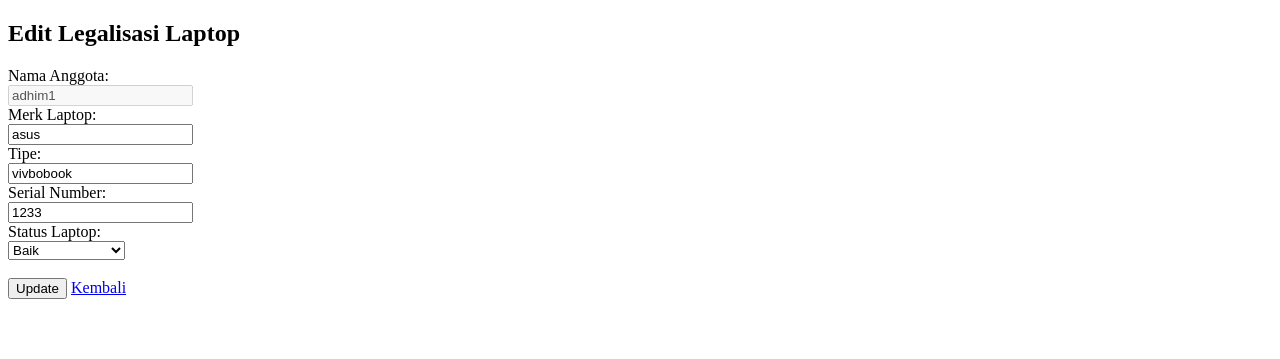
Repository: fatkquladhim/multimedia_app
Page: http://localhost/admin/legalisasi laptop/legalisasi_edit.php?id=1
These files come from the project's save history. The page is drawn as it stood at one moment and after the next save; the edit follows.
The browser window is 1280 px wide. The pictures show the whole page.
The page is run by PHP 8.4 with error messages shown; the project is at /var/www/html/. The session is filled in as if someone had signed in: {"user_id": 2, "username": "asep", "role": "admin"}. Other server files are loaded and not shown. The database holds what the project's SQL file puts in it.

Above is the page before, as saved 2025-07-14 22:03:48.

### admin/legalisasi laptop/legalisasi_edit.php
<?php
session_start();
if (!isset($_SESSION['user_id']) || $_SESSION['role'] !== 'admin') {
    header('Location: ../../auth/login.php');
    exit;
}

require_once '../../includes/db_config.php';
$conn = new mysqli(DB_HOST, DB_USER, DB_PASS, DB_NAME);

// Ambil data legalisasi yang akan diedit
if (isset($_GET['id'])) {
    $id = $_GET['id'];
    $stmt = $conn->prepare("SELECT l.*, a.nama FROM legalisasi_laptop l LEFT JOIN anggota a ON l.id_anggota = a.id WHERE l.id = ?");
    $stmt->bind_param("i", $id);
    $stmt->execute();
    $result = $stmt->get_result();
    $legalisasi = $result->fetch_assoc();
    $stmt->close();
    if (!$legalisasi) {
        header("Location: legalisasi_list.php?status=error&message=Data tidak ditemukan");
        exit;
    }
} else {
    header("Location: legalisasi_list.php?status=error&message=ID tidak valid");
    exit;
}

// Proses update data
if ($_SERVER['REQUEST_METHOD'] === 'POST') {
    $id = $_POST['id'];
    $merk = $_POST['merk'];
    $tipe = $_POST['tipe'];
    $serial_number = $_POST['serial_number'];
    $status = $_POST['status'];
    $stmt = $conn->prepare("UPDATE legalisasi_laptop SET merk = ?, tipe = ?, serial_number = ?, status = ? WHERE id = ?");
    $stmt->bind_param("ssssi", $merk, $tipe, $serial_number, $status, $id);
    if ($stmt->execute()) {
        header("Location: legalisasi_list.php?status=success&message=Data berhasil diupdate");
    } else {
        header("Location: legalisasi_edit.php?id=$id&status=error&message=Gagal mengupdate data");
    }
    $stmt->close();
    $conn->close();
    exit;
}
?>
<!DOCTYPE html>
<html>
<head>
    <title>Edit Legalisasi Laptop</title>
</head>
<body>
    <h2>Edit Legalisasi Laptop</h2>
    <?php
    if (isset($_GET['status']) && isset($_GET['message'])) {
        echo "<div class='alert'>" . htmlspecialchars($_GET['message']) . "</div>";
    }
    ?>
    <form method="POST">
        <input type="hidden" name="id" value="<?php echo $legalisasi['id']; ?>">
        <div>
            <label>Nama Anggota:</label><br>
            <input type="text" value="<?php echo htmlspecialchars($legalisasi['nama']); ?>" disabled>
        </div>
        <div>
            <label>Merk Laptop:</label><br>
            <input type="text" name="merk" value="<?php echo htmlspecialchars($legalisasi['merk']); ?>" required>
        </div>
        <div>
            <label>Tipe:</label><br>
            <input type="text" name="tipe" value="<?php echo htmlspecialchars($legalisasi['tipe']); ?>" required>
        </div>
        <div>
            <label>Serial Number:</label><br>
            <input type="text" name="serial_number" value="<?php echo htmlspecialchars($legalisasi['serial_number']); ?>" required>
        </div>
        <div>
            <label>Status Laptop:</label><br>
            <select name="status" required>
                <option value="">Pilih Status</option>
                <option value="Baik" <?php if($legalisasi['status']=='Baik') echo 'selected'; ?>>Baik</option>
                <option value="Rusak" <?php if($legalisasi['status']=='Rusak') echo 'selected'; ?>>Rusak</option>
                <option value="Perlu Perbaikan" <?php if($legalisasi['status']=='Perlu Perbaikan') echo 'selected'; ?>>Perlu Perbaikan</option>
            </select>
        </div>
        <br>
        <button type="submit">Update</button>
        <a href="legalisasi_list.php">Kembali</a>
    </form>
</body>
</html>
<?php $conn->close(); ?>

### includes/db_config.php
<?php
// Konfigurasi database
define('DB_HOST', 'localhost');
define('DB_USER', 'root'); // ganti jika user database Anda berbeda
define('DB_PASS', '');     // ganti jika ada password database
define('DB_NAME', 'db_multimedia'); // nama database
?>

### db_multimedia (2).sql (the tables this page reads)
CREATE TABLE `anggota` (
  `id` int(11) NOT NULL,
  `nama` varchar(255) NOT NULL,
  `foto` varchar(255) NOT NULL,
  `alamat` text NOT NULL,
  `email` varchar(255) NOT NULL,
  `no_hp` varchar(15) NOT NULL,
  `id_user` int(11) NOT NULL
) ENGINE=InnoDB DEFAULT CHARSET=utf8mb4 COLLATE=utf8mb4_general_ci;

INSERT INTO `anggota` (`id`, `nama`, `foto`, `alamat`, `email`, `no_hp`, `id_user`) VALUES
(21, 'adhim1', 'Feed IG Zapen (Harlah).jpg', 'maloang', 'fatquladhim@gmail.com', '8925489', 21);

ALTER TABLE `anggota`
  ADD PRIMARY KEY (`id`),
  ADD KEY `id_user` (`id_user`);

ALTER TABLE `anggota`
  MODIFY `id` int(11) NOT NULL AUTO_INCREMENT, AUTO_INCREMENT=23;

ALTER TABLE `anggota`
  ADD CONSTRAINT `anggota_ibfk_1` FOREIGN KEY (`id_user`) REFERENCES `users` (`id`) ON DELETE CASCADE;

CREATE TABLE `legalisasi_laptop` (
  `id` int(11) NOT NULL,
  `id_anggota` int(11) NOT NULL,
  `merk` varchar(100) NOT NULL,
  `tipe` varchar(100) NOT NULL,
  `serial_number` varchar(100) NOT NULL,
  `status` enum('Baik','Rusak','Perlu Perbaikan') NOT NULL,
  `file_bukti` varchar(255) DEFAULT NULL,
  `created_at` timestamp NOT NULL DEFAULT current_timestamp(),
  `updated_at` timestamp NOT NULL DEFAULT current_timestamp() ON UPDATE current_timestamp()
) ENGINE=InnoDB DEFAULT CHARSET=utf8mb4 COLLATE=utf8mb4_general_ci;

INSERT INTO `legalisasi_laptop` (`id`, `id_anggota`, `merk`, `tipe`, `serial_number`, `status`, `file_bukti`, `created_at`, `updated_at`) VALUES
(1, 21, 'asus', 'vivbobook', '1233', 'Baik', '68751c74803cd.png', '2025-07-14 15:04:20', '2025-07-14 15:56:16');

ALTER TABLE `legalisasi_laptop`
  ADD PRIMARY KEY (`id`),
  ADD UNIQUE KEY `serial_number` (`serial_number`),
  ADD KEY `id_anggota` (`id_anggota`);

ALTER TABLE `legalisasi_laptop`
  MODIFY `id` int(11) NOT NULL AUTO_INCREMENT, AUTO_INCREMENT=4;

ALTER TABLE `legalisasi_laptop`
  ADD CONSTRAINT `legalisasi_laptop_ibfk_1` FOREIGN KEY (`id_anggota`) REFERENCES `anggota` (`id`) ON DELETE CASCADE ON UPDATE CASCADE;

After the next save:
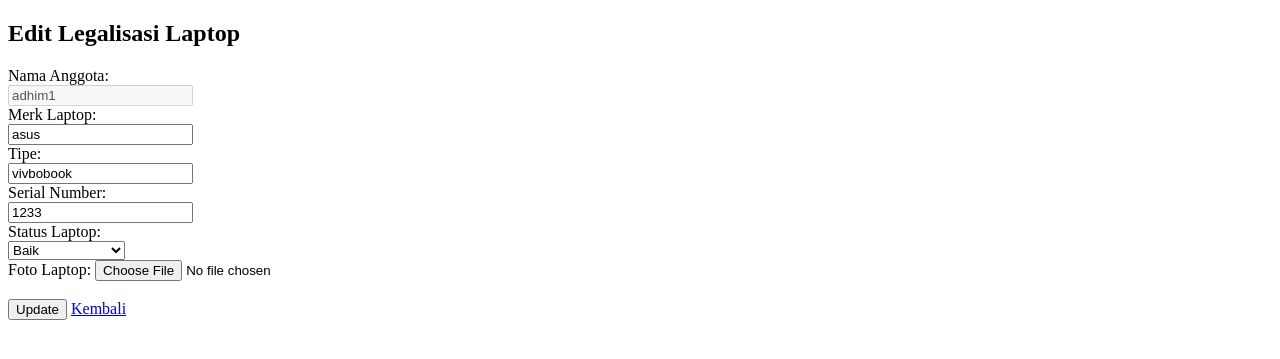
Saved 51 min 56 s later.
--- a/admin/legalisasi laptop/legalisasi_edit.php
+++ b/admin/legalisasi laptop/legalisasi_edit.php
@@ -33,9 +33,38 @@ if ($_SERVER['REQUEST_METHOD'] === 'POST') {
     $tipe = $_POST['tipe'];
     $serial_number = $_POST['serial_number'];
     $status = $_POST['status'];
+
+    // Siapkan query untuk update
     $stmt = $conn->prepare("UPDATE legalisasi_laptop SET merk = ?, tipe = ?, serial_number = ?, status = ? WHERE id = ?");
     $stmt->bind_param("ssssi", $merk, $tipe, $serial_number, $status, $id);
+
+    // Eksekusi query
     if ($stmt->execute()) {
+        // Jika ada file yang diupload
+        if (isset($_FILES['file_bukti']) && $_FILES['file_bukti']['error'] == 0) {
+            $upload_dir = '../../uploads/legalisasi/';
+            // Buat direktori jika belum ada
+            if (!file_exists($upload_dir)) {
+                mkdir($upload_dir, 0777, true);
+            }
+
+            // Generate nama file unik
+            $file_extension = pathinfo($_FILES['file_bukti']['name'], PATHINFO_EXTENSION);
+            $file_bukti = uniqid() . '.' . $file_extension;
+            $target_path = $upload_dir . $file_bukti;
+
+            // Pindahkan file
+            if (move_uploaded_file($_FILES['file_bukti']['tmp_name'], $target_path)) {
+                // Update nama file bukti di database
+                $stmt = $conn->prepare("UPDATE legalisasi_laptop SET file_bukti = ? WHERE id = ?");
+                $stmt->bind_param("si", $file_bukti, $id);
+                $stmt->execute();
+                $stmt->close();
+            } else {
+                header("Location: legalisasi_edit.php?id=$id&status=error&message=Gagal mengupload file.");
+                exit;
+            }
+        }
         header("Location: legalisasi_list.php?status=success&message=Data berhasil diupdate");
     } else {
         header("Location: legalisasi_edit.php?id=$id&status=error&message=Gagal mengupdate data");
@@ -57,7 +86,7 @@ if ($_SERVER['REQUEST_METHOD'] === 'POST') {
         echo "<div class='alert'>" . htmlspecialchars($_GET['message']) . "</div>";
     }
     ?>
-    <form method="POST">
+    <form method="POST" enctype="multipart/form-data">
         <input type="hidden" name="id" value="<?php echo $legalisasi['id']; ?>">
         <div>
             <label>Nama Anggota:</label><br>
@@ -84,6 +113,10 @@ if ($_SERVER['REQUEST_METHOD'] === 'POST') {
                 <option value="Perlu Perbaikan" <?php if($legalisasi['status']=='Perlu Perbaikan') echo 'selected'; ?>>Perlu Perbaikan</option>
             </select>
         </div>
+        <div>
+            <label>Foto Laptop:</label>
+            <input type="file" name="file_bukti" accept="image/*">
+        </div>
         <br>
         <button type="submit">Update</button>
         <a href="legalisasi_list.php">Kembali</a>
